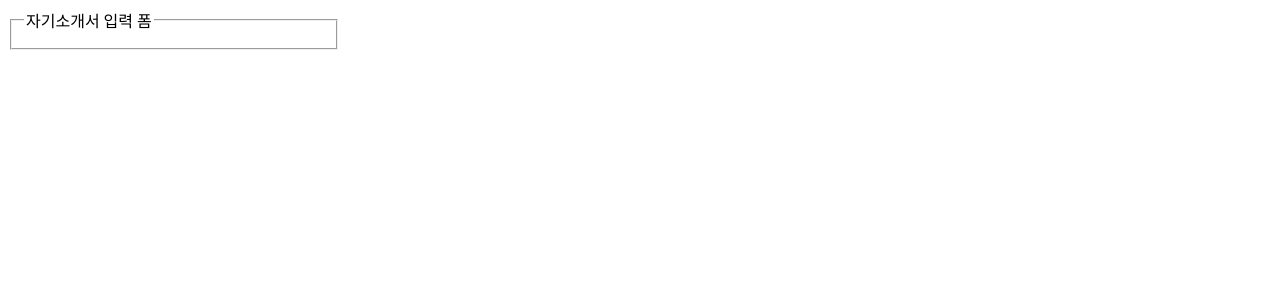
Repository: parkgyutaee/My_JAVA_Project
Page: http://localhost/JSPStudy/test04_05.jsp
An editor plug-in stored every save of this project. The page is shown before and after the next save, followed by the edit.
The browser window is 1280 px wide. The pictures show the whole page.
The page is served by Tomcat 10. Other server files are loaded and not shown.

Above is the page before, as saved 2025-07-10 07:19:02.

### Workspace/JSPStudy/src/main/webapp/test04_05.jsp
<%@ page language="java" contentType="text/html; charset=UTF-8"
    pageEncoding="UTF-8"%>
<!DOCTYPE html>
<html>
<head>
<meta charset="UTF-8">
<title>자기소개서 입력 폼입니다</title>
</head>
<body>
	<form action="#" method = "get">
		<fieldset style = "width:300px">
			<legend> 자기소개서 입력 폼</legend>
		</fieldset>
	</form>

</body>
</html>

After the next save:
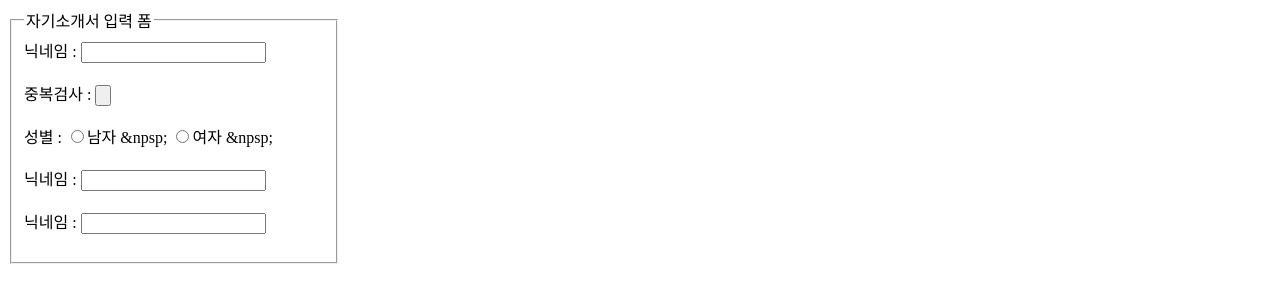
Saved 109 s later.
--- a/Workspace/JSPStudy/src/main/webapp/test04_05.jsp
+++ b/Workspace/JSPStudy/src/main/webapp/test04_05.jsp
@@ -10,6 +10,13 @@
 	<form action="#" method = "get">
 		<fieldset style = "width:300px">
 			<legend> 자기소개서 입력 폼</legend>
+			닉네임 : <input type = "text"  name = "name"> <br><br>
+			중복검사 : <input type = "button"  name = "check"> <br><br>
+			성별 : <input type = "radio"  name = "gender">남자 &npsp; <input type = "radio"  name = "gender">여자 &npsp; <br><br>
+			닉네임 : <input type = "text"  name = "name"> <br><br>
+			닉네임 : <input type = "text"  name = "name"> <br><br>
+
+
 		</fieldset>
 	</form>
 
